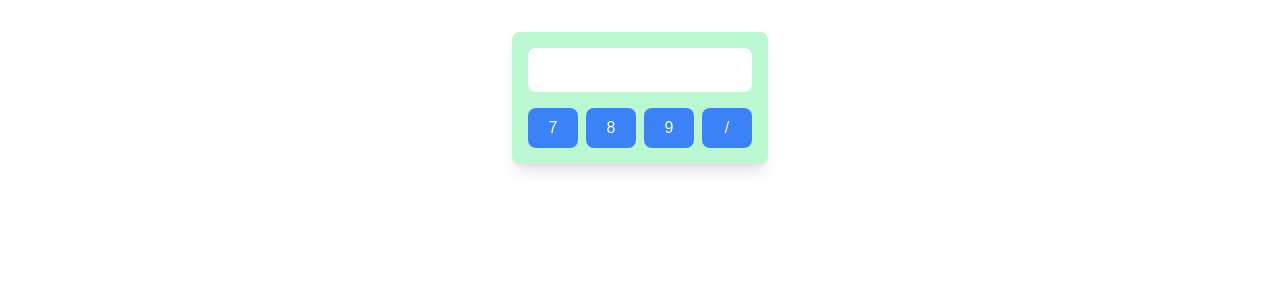
Repository: Sirinegaddour11/Calculator-App
Page: /
The author's editor kept a copy of each file at every save. The page is drawn from the files as they stood at one save, then again after a run of saves.
The browser window is 1280 px wide. The pictures show the whole page.
The project was rebuilt for these pictures with package versions that can differ from the ones it lists, and the page was loaded fresh each time. The framework's server and built-in components were replaced by stand-ins that run in the browser. Also part of the build but not shown: next.config.mjs.

Above is the page before, as saved 2024-09-16 13:50:29.

### app/page.tsx
import Calculator from "@/components/calculator";
import Image from "next/image";

export default function Home() {
  return (
    <div>
      <Calculator />
    </div>
  );
}

### components/calculator.tsx
"use client";
import React, { useState } from "react";

const Calculator = () => {
  const [expression, setexpression] = useState("");
  const handleButtonClick = (value: string) => {
    setexpression((prevExpression) => prevExpression + value);
  };
  return (
    <div className="w-64 mx-auto mt-8 p-4 bg-green-200 rounded-lg shadow-lg ">
      <input
        type="text"
        className="w-full mb-4 p-2 text-xl text-right bg-white rounded-lg"
        value={expression}
        readOnly
      />
      <div className="grid grid-cols-4 gap-2">
        {["7", "8", "9", "/"].map((value, index) => (
          <button
            key={index}
            className="p-2 bg-blue-500 text-white rounded-lg hover:bg-blue-600"
            onClick={() => handleButtonClick(value)}
          >
            {value}
          </button>
        ))}
      </div>
    </div>
  );
};

export default Calculator;

Loaded but not shown: app/layout.tsx (common file); app/globals.css (common file); tailwind.config.ts (common file)

After the next 2 saves:
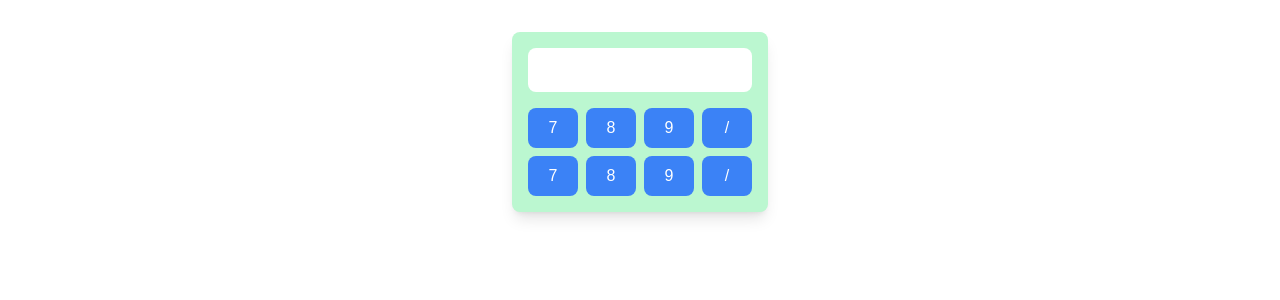
The 2 saves are shown as one change because they came seconds apart.
The last was saved 50 min 29 s later.
--- a/components/calculator.tsx
+++ b/components/calculator.tsx
@@ -24,6 +24,15 @@ const Calculator = () => {
             {value}
           </button>
         ))}
+        {["7", "8", "9", "/"].map((value, index) => (
+          <button
+            key={index}
+            className="p-2 bg-blue-500 text-white rounded-lg hover:bg-blue-600"
+            onClick={() => handleButtonClick(value)}
+          >
+            {value}
+          </button>
+        ))}
       </div>
     </div>
   );
